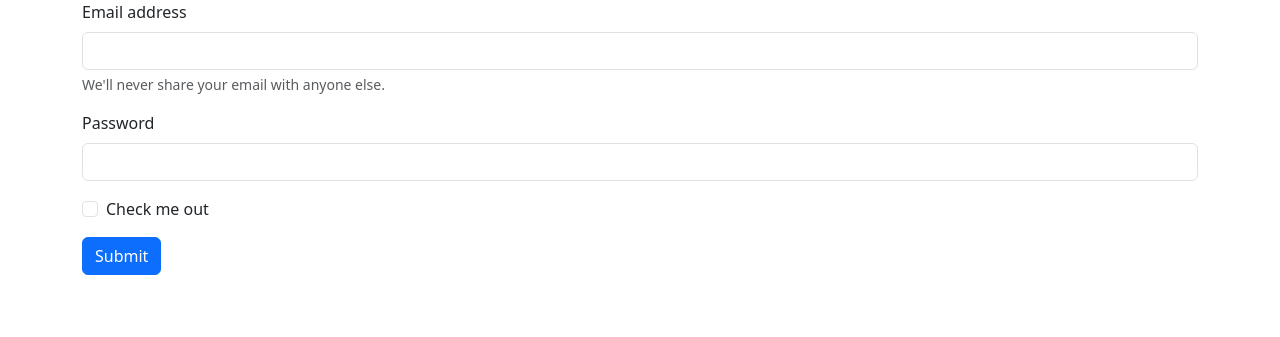
Repository: lemoueno/programme_dev_fullstack
Page: bootstrap/form/form.html
An editor plug-in stored every save of this project. The page is shown before and after the next save, followed by the edit.
The browser window is 1280 px wide. The pictures show the whole page.

Above is the page before, as saved 2023-12-03 16:58:33.

After the next save:
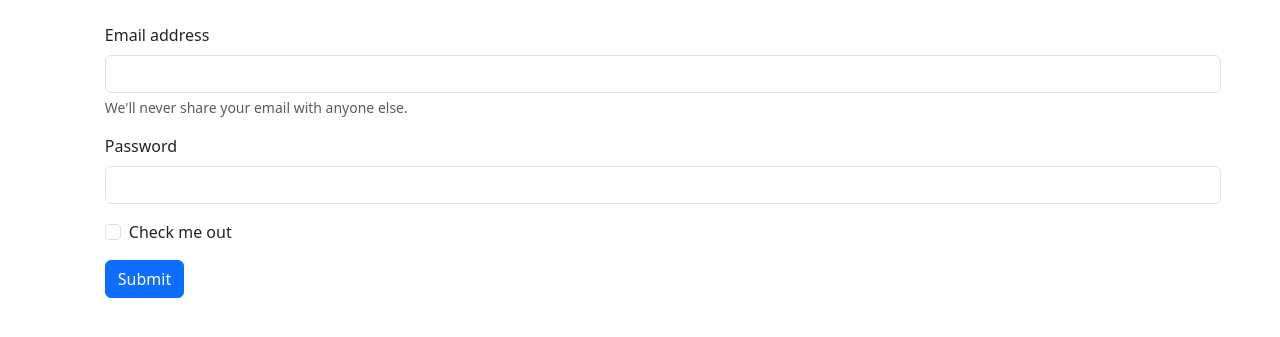
Saved 24 s later.
--- a/bootstrap/form/form.html
+++ b/bootstrap/form/form.html
@@ -9,7 +9,7 @@
 <body>
     <div class="container">
         <div class="row">
-            <form style="margin:0%;">
+            <form style="margin:2%;">
                 <div class="mb-3">
                   <label for="exampleInputEmail1" class="form-label">Email address</label>
                   <input type="email" class="form-control" id="exampleInputEmail1" aria-describedby="emailHelp">
